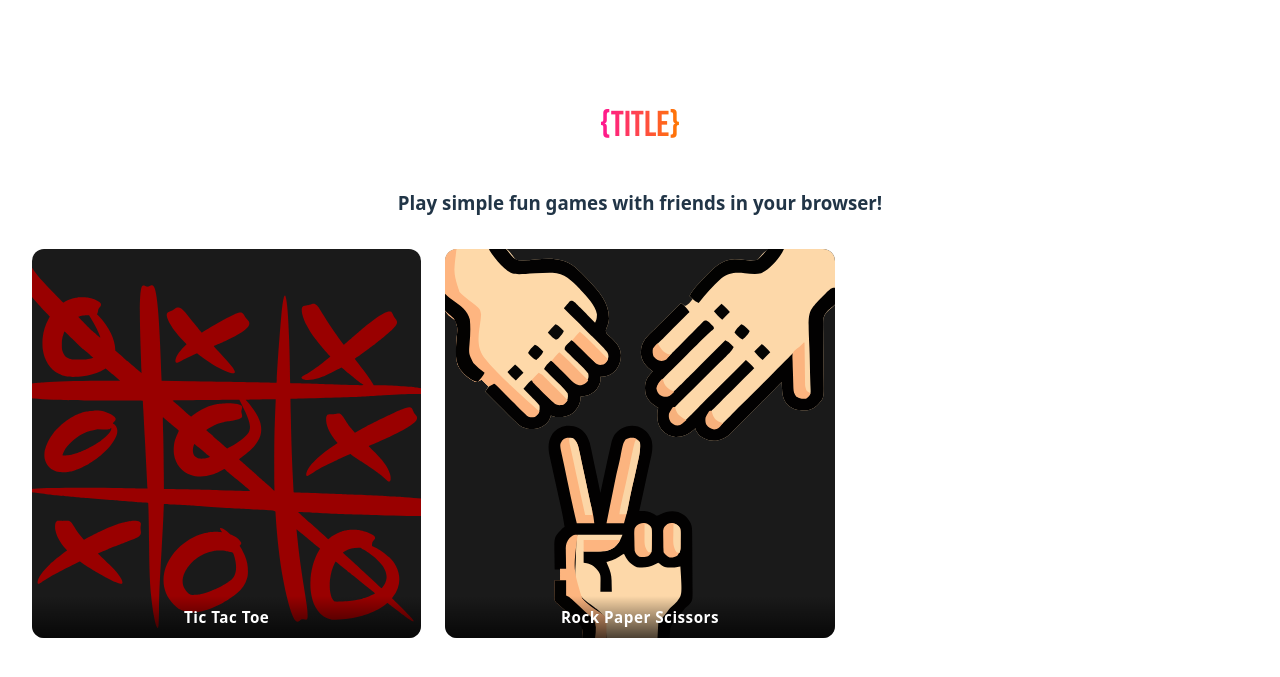
Repository: Sadotib/cloud-games
Page: / (app in client/)
An editor plug-in stored every save of this project. The page is shown before and after the next save, followed by the edit.
The browser window is 1280 px wide. The pictures show the whole page.
The project was rebuilt for these pictures with package versions that can differ from the ones it lists, and the page was loaded fresh each time. Also part of the build but not shown: client/vite.config.js.

Above is the page before, as saved 2025-12-21 22:02:51.
Console error: TypeError: Cannot read properties of null (reading 'addEventListener')

After the next save:
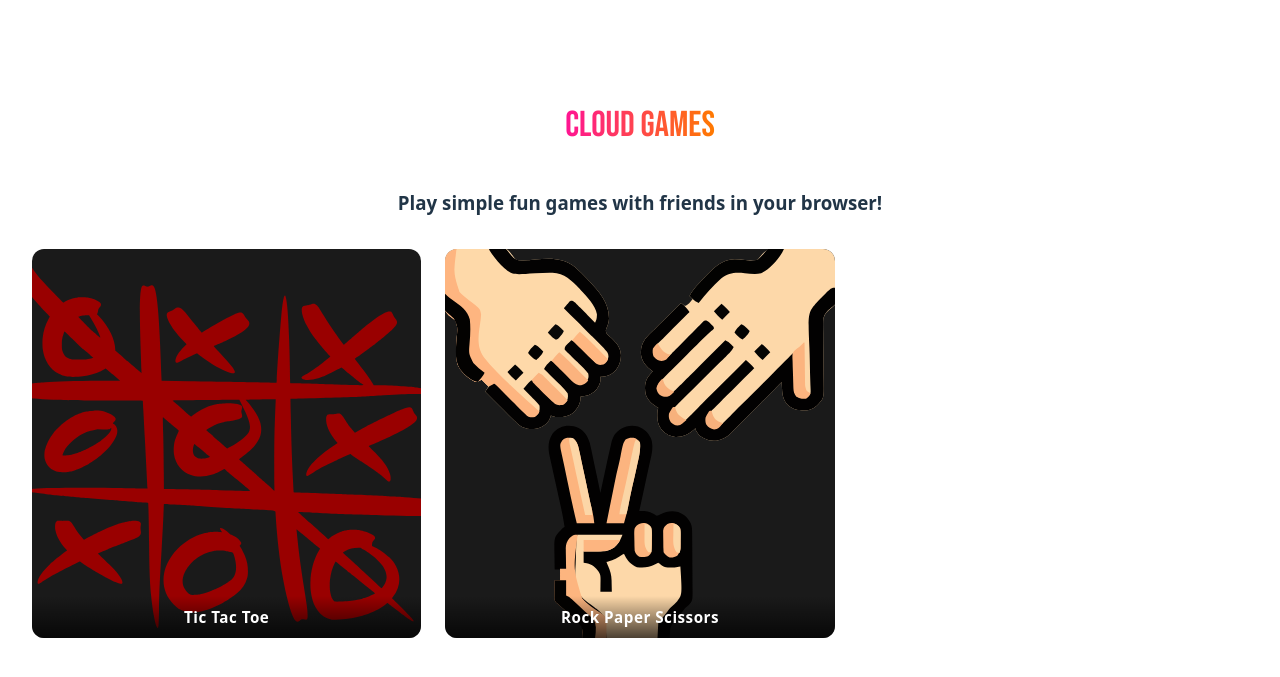
Saved 9 s later.
--- a/client/src/main.js
+++ b/client/src/main.js
@@ -5,7 +5,7 @@
 
 document.querySelector('#app').innerHTML = `
   <div>
-    <h1 class="font-semibold text-center bebas-neue-regular gradient-text hero-title">{title}</h1>
+    <h1 class="font-semibold text-center bebas-neue-regular gradient-text hero-title">Cloud Games</h1>
     <h3>Play simple fun games with friends in your browser!</h3>
 
     <div class="grid">
